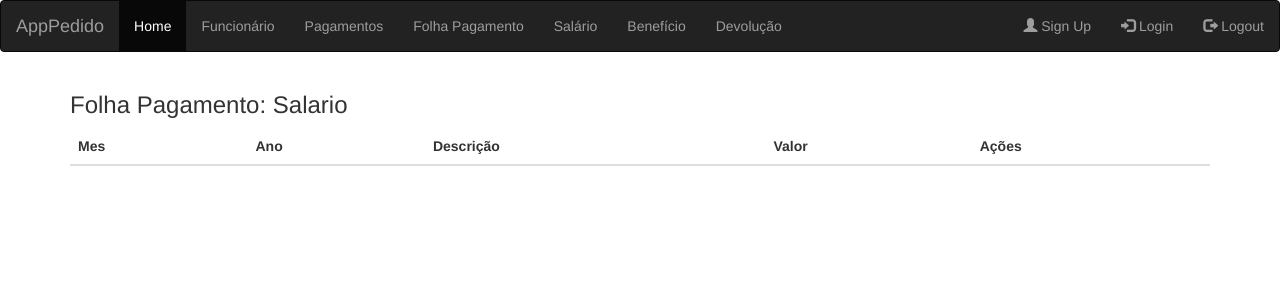
Repository: pauloEzequiel/AppFolha
Page: http://localhost/appfolha/WEB-INF/jsp/salario/lista.jsp
The author's editor kept a copy of each file at every save. The page is drawn from the files as they stood at one save, then again after the next save.
The browser window is 1280 px wide. The pictures show the whole page.
The page is served by Tomcat 9. Nobody is signed in. Other server files are loaded and not shown. The template is opened directly, without the code that normally fills it, so the values that code supplies are empty.

Above is the page before, as saved 2022-11-13 00:41:01.

### appfolha/src/main/webapp/WEB-INF/jsp/salario/lista.jsp
<%@ page language="java" contentType="text/html; charset=ISO-8859-1" pageEncoding="ISO-8859-1"%>
<%@ taglib uri="http://java.sun.com/jsp/jstl/core" prefix="c"%>
<!DOCTYPE html>
<html>
<head>
	<meta charset="ISO-8859-1">
  <link rel="stylesheet" href="https://maxcdn.bootstrapcdn.com/bootstrap/3.4.1/css/bootstrap.min.css">
	<title>AppFolha</title>
</head>
<body>
	<c:import url="/WEB-INF/jsp/menu.jsp"/>
	<div class="container mt-3">
	  <h3>Folha Pagamento: Salario</h3>

	  <table class="table table-striped">
	    <thead>
	      <tr>
	        <th>Mes</th>
	        <th>Ano</th>
	        <th>Descrição</th>
	        <th>Valor</th>
	        <th>Ações</th>
	      </tr>
	    </thead>
	    <tbody>
		  <c:forEach var="p" items="${listagem}">
		      <tr>
				<td>${p.mes}</td>
		        <td>${p.ano}</td>
		        <td>${p.descricao}</td>
		        <td>${p.getTotalValor()}</td>
		        <td><a href="/salario/${p.id}/visualizar">Visualizar</a> <a href="/salario/${p.id}/excluir">Excluir</a></td>
		      </tr>
	      </c:forEach>
	    </tbody>
	  </table>
	</div>
</body>
</html>

### appfolha/src/main/webapp/WEB-INF/jsp/menu.jsp
<%@ page language="java" contentType="text/html; charset=ISO-8859-1" pageEncoding="ISO-8859-1"%>
<%@ taglib uri="http://java.sun.com/jsp/jstl/core" prefix="c"%>

<nav class="navbar navbar-inverse">
  <div class="container-fluid">
    <div class="navbar-header">
      <a class="navbar-brand" href="#">AppPedido</a>
    </div>
    <ul class="nav navbar-nav">
      <li class="active"><a href="/">Home</a></li>
	      <li class="nav-item">
	        <a class="nav-link" href="/funcionario/lista">Funcionário</a>
	      </li>
	      <li class="nav-item">
	        <a class="nav-link" href="/pagamento/lista">Pagamentos</a>
	      </li>
	      <li class="nav-item dropdown">
	        <a class="nav-link dropdown-toggle" href="/folhaPagamento/lista" id="navbarDropdownMenuLink" data-toggle="dropdown" aria-haspopup="true" aria-expanded="false">Folha Pagamento</a>
	      </li>
	      <li class="nav-item">
	        <a class="nav-link" href="/salario/lista">Salário</a>
	      </li>
	      <li class="nav-item">
	        <a class="nav-link" href="/beneficio/lista">Benefício</a>
	      </li>
	      <li class="nav-item">
	        <a class="nav-link" href="/devolucao/lista">Devolução</a>
	      </li>
    </ul>
    <ul class="nav navbar-nav navbar-right">
      <li><a href="/usuario"><span class="glyphicon glyphicon-user"></span> Sign Up</a></li>
	  <li><a href="/login"><span class="glyphicon glyphicon-log-in"></span> Login</a></li>

       <li><a href="/logout"><span class="glyphicon glyphicon-log-out"></span> Logout</a></li>
    </ul>
  </div>
</nav>

After the next save:
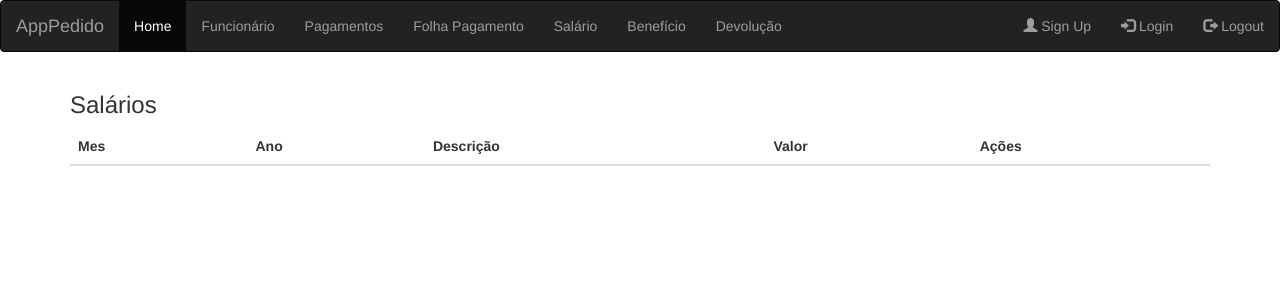
Saved 3 s later.
--- a/appfolha/src/main/webapp/WEB-INF/jsp/salario/lista.jsp
+++ b/appfolha/src/main/webapp/WEB-INF/jsp/salario/lista.jsp
@@ -10,7 +10,7 @@
 <body>
 	<c:import url="/WEB-INF/jsp/menu.jsp"/>
 	<div class="container mt-3">
-	  <h3>Folha Pagamento: Salario</h3>
+	  <h3>Salários</h3>
 
 	  <table class="table table-striped">
 	    <thead>
